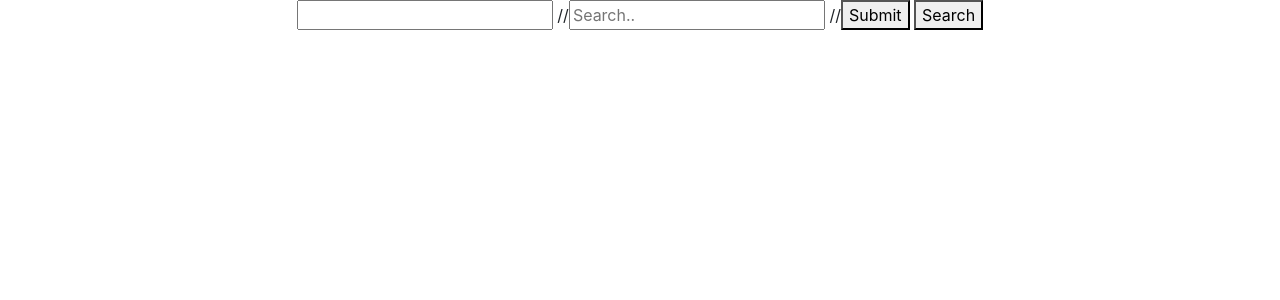
Repository: Prathyuus/MoviesHub
Page: http://localhost/Moviehub/index.jsp
The author's editor kept a copy of each file at every save. The page is drawn from the files as they stood at one save, then again after the next save.
The browser window is 1280 px wide. The pictures show the whole page.
Some web libraries are served in a nearby version. The page is served by Tomcat 9.

Above is the page before, as saved 2018-02-26 08:48:25.

After the next save:
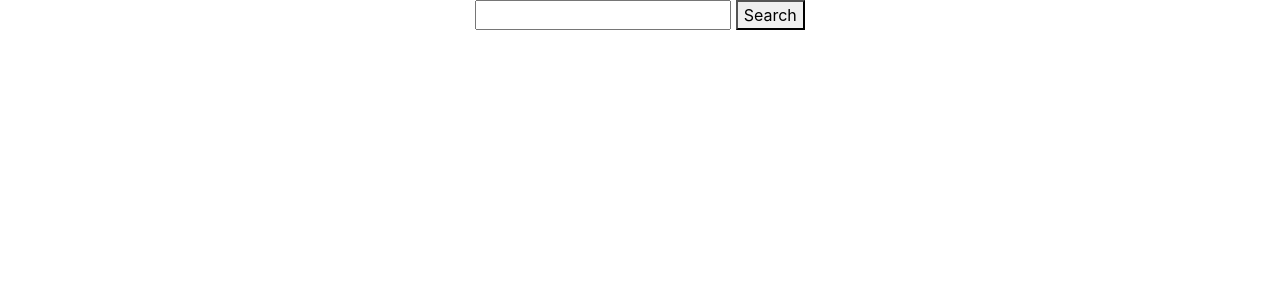
Saved 16 s later.
--- a/workspace/Moviehub/WebContent/index.jsp
+++ b/workspace/Moviehub/WebContent/index.jsp
@@ -16,8 +16,8 @@
 <center>
 <form action="myfunction.js">
 <input type="text" name = "moviename">
-	//<input type="text" placeholder="Search.." name="moviename">
-	//<button type="submit"  value="Submit">Submit</button>
+	<!--  <input type="text" placeholder="Search.." name="moviename">
+	<button type="submit"  value="Submit">Submit</button>-->
       <button onclick="myfunction()">Search</button>
 </form>
 </center>
